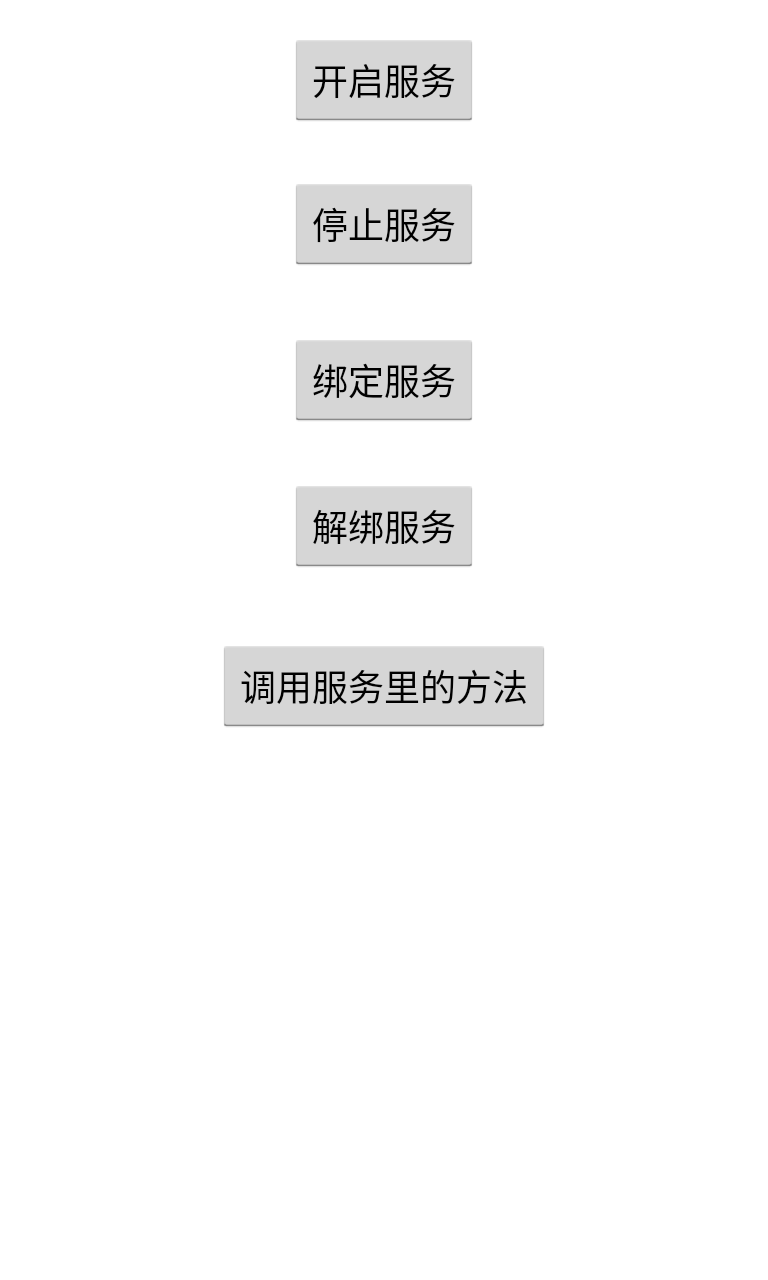
Repository: DongHuaLu/android
Layout: 31Service/res/layout/activity_main.xml
These files come from the project's save history. The layout is drawn as it stood at one moment and after the next save; the edit follows.
It is drawn on a 768 x 1280 px phone screen (xhdpi) without system bars, with theme AppTheme; the app's code is not run.

Above is the layout before, as saved 2013-08-30 02:29:37.

### 31Service/res/layout/activity_main.xml
<RelativeLayout xmlns:android="http://schemas.android.com/apk/res/android"
    xmlns:tools="http://schemas.android.com/tools"
    android:layout_width="match_parent"
    android:layout_height="match_parent"
    android:paddingBottom="@dimen/activity_vertical_margin"
    android:paddingLeft="@dimen/activity_horizontal_margin"
    android:paddingRight="@dimen/activity_horizontal_margin"
    android:paddingTop="@dimen/activity_vertical_margin"
    tools:context=".MainActivity" >

    <Button
        android:id="@+id/button1"
        android:layout_width="wrap_content"
        android:layout_height="wrap_content"
        android:layout_centerHorizontal="true"
        android:onClick="start"
        android:text="开启服务" />

    <Button
        android:id="@+id/button2"
        android:layout_width="wrap_content"
        android:layout_height="wrap_content"
        android:layout_alignLeft="@+id/button1"
        android:layout_below="@+id/button1"
        android:layout_marginTop="24dp"
        android:onClick="stop"
        android:text="停止服务" />

    <Button
        android:id="@+id/button4"
        android:layout_width="wrap_content"
        android:layout_height="wrap_content"
        android:layout_alignLeft="@+id/button3"
        android:layout_below="@+id/button3"
        android:layout_marginTop="25dp"
        android:text="解绑服务" />

    <Button
        android:id="@+id/button3"
        android:layout_width="wrap_content"
        android:layout_height="wrap_content"
        android:layout_alignLeft="@+id/button2"
        android:layout_below="@+id/button2"
        android:layout_marginTop="30dp"
        android:text="绑定服务" />

    <Button
        android:id="@+id/button5"
        android:layout_width="wrap_content"
        android:layout_height="wrap_content"
        android:layout_below="@+id/button4"
        android:layout_centerHorizontal="true"
        android:layout_marginTop="32dp"
        android:text="调用服务里的方法" />

</RelativeLayout>

Loaded but not shown: 31Service/res/values/styles.xml (common file); 31Service/res/values-v11/styles.xml (common file); 31Service/res/values-v14/styles.xml (common file); 31Service/res/values/dimens.xml (common file)

After the next save:
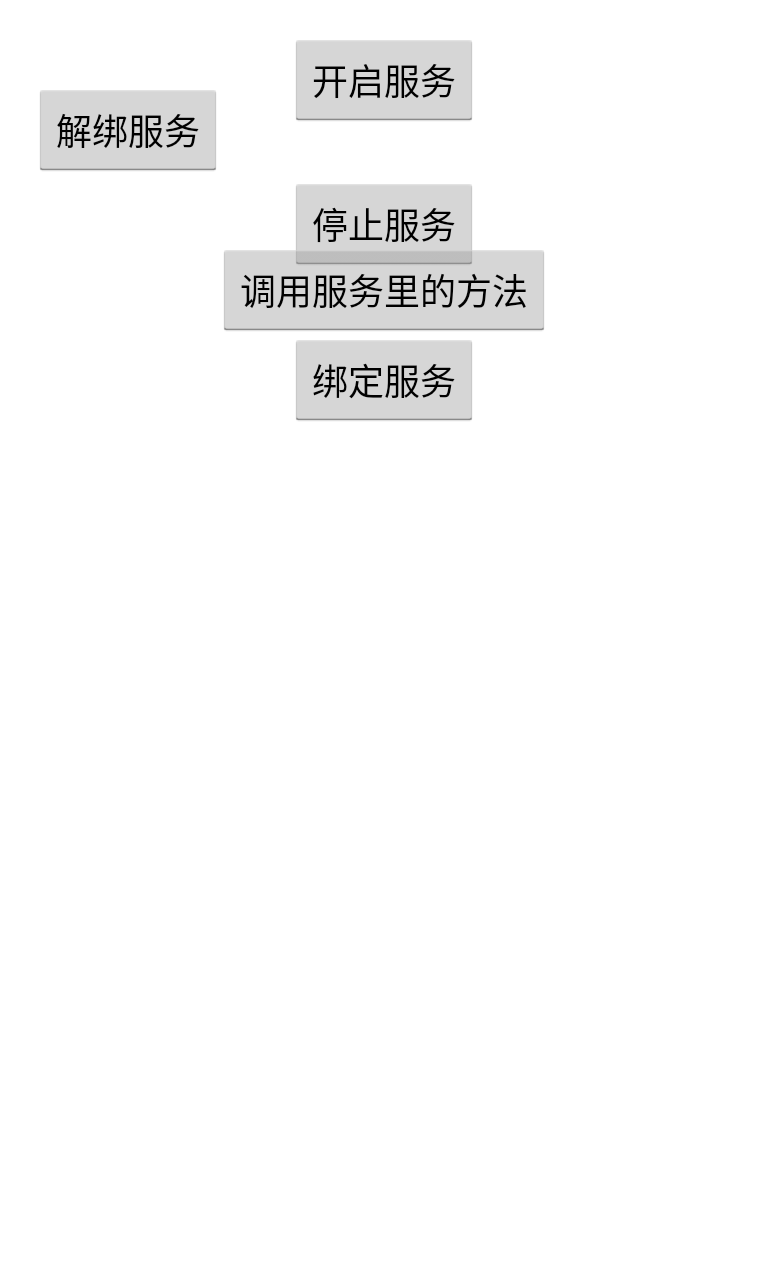
Saved 5 s later.
--- a/31Service/res/layout/activity_main.xml
+++ b/31Service/res/layout/activity_main.xml
@@ -36,7 +36,6 @@
         android:text="解绑服务" />
 
     <Button
-        android:id="@+id/button3"
         android:layout_width="wrap_content"
         android:layout_height="wrap_content"
         android:layout_alignLeft="@+id/button2"
@@ -45,7 +44,6 @@
         android:text="绑定服务" />
 
     <Button
-        android:id="@+id/button5"
         android:layout_width="wrap_content"
         android:layout_height="wrap_content"
         android:layout_below="@+id/button4"
